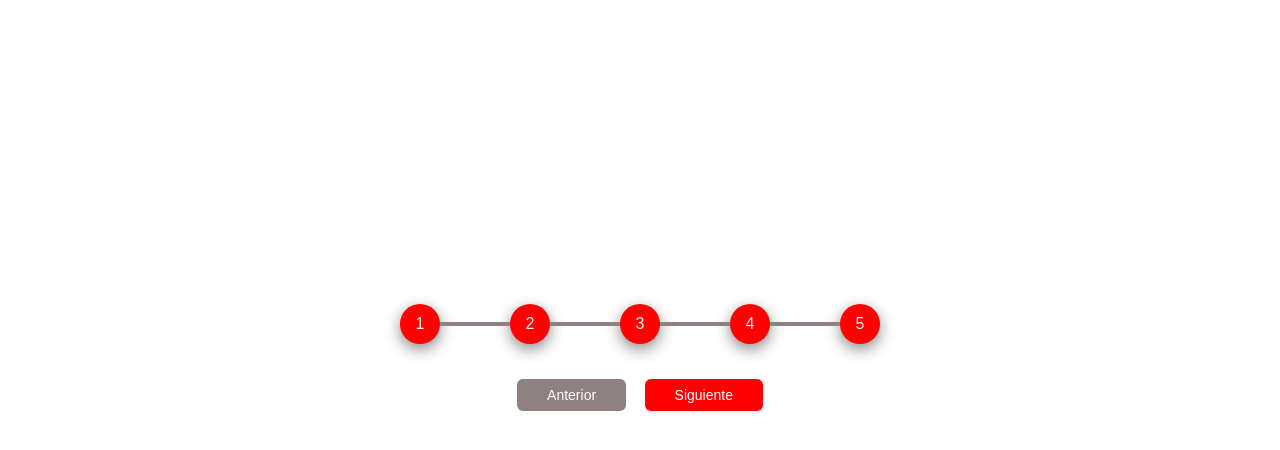
Repository: ElideZavala/Linea-de-tiempo
Page: index.html
These files come from the project's save history. The page is drawn as it stood at one moment and after the next save; the edit follows.
The browser window is 1280 px wide. The pictures show the whole page.
Some web fonts or font styles are not loaded; a fallback is used.

Above is the page before, as saved 2021-05-28 09:53:56.

### index.html
<!DOCTYPE html>
<html lang="en">
<head>
	<meta charset="UTF-8">
	<meta http-equiv="X-UA-Compatible" content="IE=edge">
	<meta name="viewport" content="width=device-width, initial-scale=1.0">
	<link rel="stylesheet" href="style.css">
	<link rel="stylesheet" href="normalize.css">
	<title>Pasos de progreso </title>
</head>
<body>
	<div class="container">
		<div class="progress-container">
			<div class="progress" id="progress"></div>
			<div class="circle active">1</div>
			<div class="circle">2</div>
			<div class="circle">3</div>
			<div class="circle">4</div>
			<div class="circle">5</div>
		</div>

		<button class="btn" id="prev" disabled>Anterior</button>
		<button class="btn" id="next">Siguiente</button>
		<script src="script.js"></script>
	</div>
</body>
</html>

### style.css
/* @import url('https://fonts.googleapis.com/css2?family=Roboto:wght@400;700&display=swap'); */
@import url('https://fonts.googleapis.com/css?family=Muli&display=swap');


:root {
	--line-border-fill: red;
	--line-border-empty: rgb(144, 129, 129);
}

* {
	box-sizing: border-box;
}

body {
	font-family: 'Muli', sans-serif;
	display: flex;
	flex-direction: column;
	align-items: center;
	justify-content: center;
	height: 100vh;
	overflow: hidden;
	margin: 0;
}

.container {
	text-align: center;
}

.progress-container {
	display: flex;
	justify-content: space-between;
	position: relative;
	margin-bottom: 30px;
	max-width: 100%;
	width: 480px;
}

.progress-container::before {
	content: '';
	background-color: var( --line-border-empty);
	position: absolute;
	top: 50%;
	left: 0;
	transform: translateY(-50%);
	height: 4px;
	width: 100%;
	z-index: -1;
	transition: 0.4s ease;
}

.progress {
	background-color: var( --line-border-fill );
	position: absolute;
	top: 50%;
	left: 0;
	transform: translateY(-50%);
	height: 4px;
	width: 0%;
	z-index: -1;
	transition: 0.4s ease;
}

.circle {
	background-color: red;
	color: #eee;
	border-radius: 50%;
	height: 40px;
	width: 40px;
	display: flex;
	align-items: center;
	justify-content: center;
	/* border: 3px solid var( --line-border-empty ); */
	transition: .4s ease;
	-moz-animation: rotacion 10s infinite linear;
	box-shadow: 0px 5px 15px #888;
}

@-moz-keyframes rotacion{
	0% {
		background-position: 0px 0px;
	}
	100%{
		background-position: -160px 0px;
	}
}

.sombra3d {
	background: url("bola3.png");
	position: absolute;
	width: 40px;
	height: 40px;
}

.circle.active {
	border-color: red;
}

.btn {
	background-color: var(--line-border-fill);
	color: #fff;
	border: 0;
	border-radius: 6px;
	cursor: pointer;
	font-family: inherit;
	padding: 8px 30px;
	margin: 5px 7px;
	font-size: 14px;
}

.btn:active {
	transform: scale(0.98);
}

.btn:focus {
	outline: 0;
}

.btn:disabled {
	background-color: var( --line-border-empty );
	cursor: not-allowed;
}

### script.js
const progress = document.querySelector('#progress');
const prev = document.querySelector('#prev');
const next = document.querySelector('#next');
const circles = document.querySelectorAll('.circle');

let currentActive = 1

next.addEventListener('click', () => {
	currentActive++

	if (currentActive > circles.length) {
		currentActive = circles.length
	}

	update();
})

prev.addEventListener('click', () => {
	currentActive--

	if (currentActive < 1) {
		currentActive = 1;
	}

	update();
})

function update() {
	circles.forEach((circle, idx) => {
		if (idx < currentActive) {
			circle.classList.add('active');
		} else {
			circle.classList.remove('active');
		}
	})

	const actives = document.querySelectorAll('.active');
	console.log(actives.length)

	const percent = (actives.length - 1) / (circles.length - 1) * 100 + '%';

	progress.style.width = percent;

	if (currentActive === 1) {
		prev.disabled = true;
	} else if (currentActive === circles.length) {
		next.disabled = true;
	} else {
		prev.disabled = false;
		next.disabled = false;
	}
}

Loaded but not shown: normalize.css (library)

After the next save:
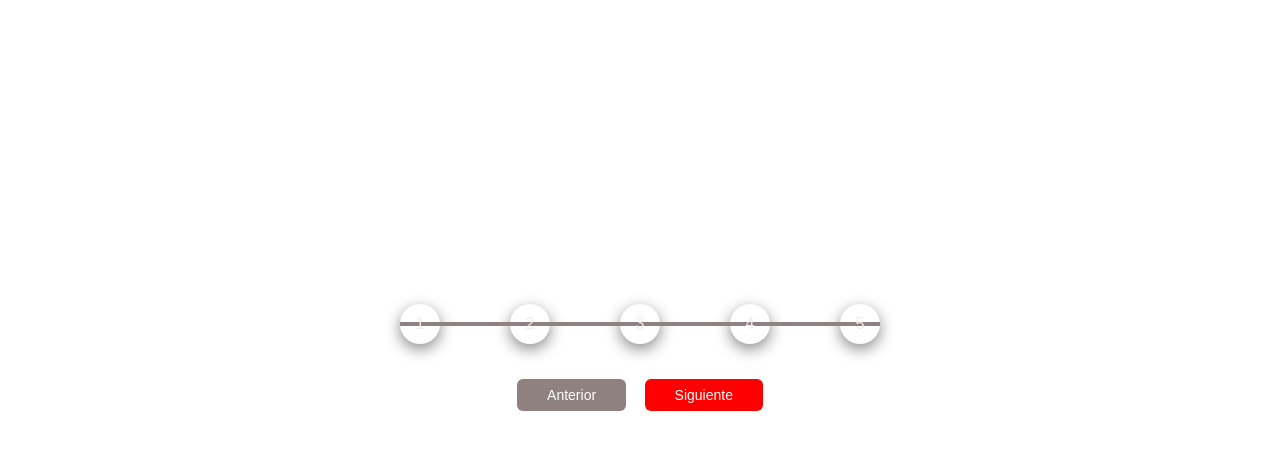
Saved 5 s later.
--- a/style.css
+++ b/style.css
@@ -61,7 +61,7 @@ body {
 }
 
 .circle {
-	background-color: red;
+	/* background-color: red; */
 	color: #eee;
 	border-radius: 50%;
 	height: 40px;
